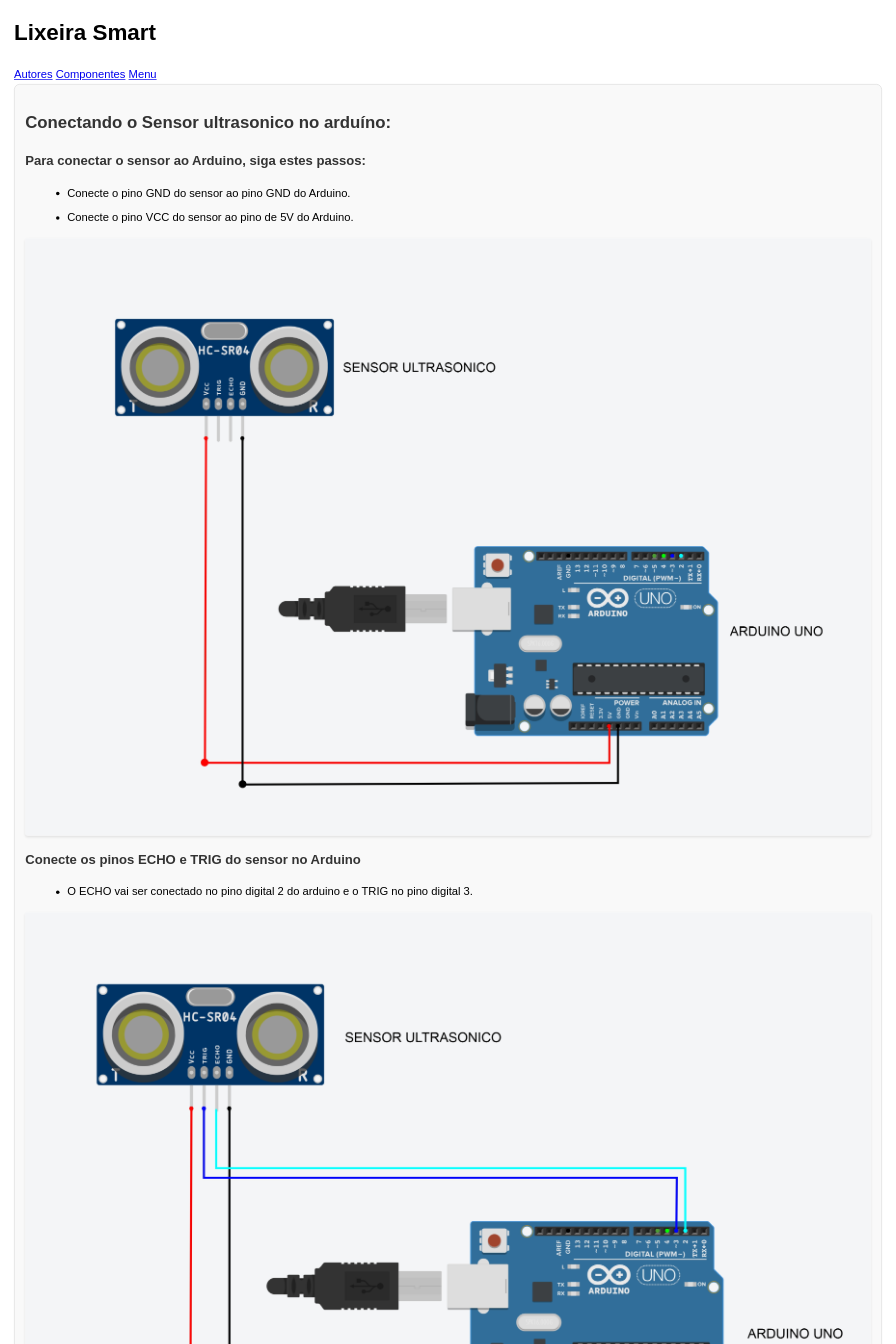
Repository: Eito2511/Site-tutorial-arduino
Page: tutorial.html
The author's editor kept a copy of each file at every save. The page is drawn from the files as they stood at one save, then again after a run of saves.
The browser window is 1280 px wide. The pictures show the part of the page from y = 0 to 1920 px (the page is 4347 px tall), at 70% of full size.

Above is the page before, as saved 2025-06-03 18:51:44.

### tutorial.html
<!DOCTYPE html>
<html lang="en">
  <head>
    <meta charset="UTF-8" />
    <meta name="viewport" content="width=device-width, initial-scale=1.0" />
    <link rel="stylesheet" href="styles1.css">
    <title>Tutorial</title>
  </head>
  <body>
   <header>
      <h1 class="titulo">Lixeira Smart</h1>
    </header>
    <section class="navindex">
        <a href="autores.html" class="btn">Autores</a>
        <a href="componentes.html" class="btn">Componentes</a>
        <a href="index.html" class="btn">Menu</a>
      </section>


    <div>
      <h2>Conectando o Sensor ultrasonico no arduíno:</h1>
      <h3>Para conectar o sensor ao Arduino, siga estes passos:</h2>
      <ul>
        <li>Conecte o pino GND do sensor ao pino GND do Arduino.</li>
        <li>Conecte o pino VCC do sensor ao pino de 5V do Arduino.</li>
      </ul>
      <img src="./imagens/part 1 tutorial.jpg" alt="">
      <h3>Conecte os pinos ECHO e TRIG do sensor no Arduino</h3>
      <ul>
        <li>O ECHO vai ser conectado no pino digital 2 do arduino e o TRIG no pino digital 3.</li>
      </ul>
      <img src="./imagens/part 2 tutorial.jpg" alt="">
    </div>

    <div>
      <h2>Conectando o Servo no Arduino:</h2>
      <ul>
        <li>
          Conecte o pino centrao do servo (vermelho no servo) com o jumper
 que sai do Vcc do sensor ultrasônico(os dois vão estar conectados
 ao 5v).
        </li>
        <li>
      Conecte o pino GND do servo (fio marrom no servo) com jumper que sai
 do GND do sensor ultrasônico (os dois vão estar conectados ao GND).
        </li>
      </ul>
      <img src="./imagens/part 3 tutorial.jpg" alt="">
    </div>

  <div>
    <h2>Conectando o Buzzer no Arduino:</h2>
    <ul>
        <li>
            Conecte o pino ‘+’ (tem a imagem do + no Buzzer) do Buzzer no pino digital 5.
        </li>
        <li>
            Conecte o pino que sobrou do Buzzer em outro pino GND do Arduino.
        </li>
    </ul>
    <img src="./imagens/part 4 tutorial.jpg" alt="">
  </div>
  </body>
</html>

### styles1.css
/* Basic styling for the containers, assuming you'll wrap these in a main content area */
body {
    font-family: Arial, sans-serif;
    margin: 20px;
    line-height: 1.6;
}

div {
    margin-bottom: 30px; /* Add some space between sections */
    padding: 15px;
    border: 1px solid #ddd;
    border-radius: 8px;
    background-color: #f9f9f9;
}

h2, h3 {
    color: #333;
}

ul {
    list-style-type: disc;
    margin-left: 20px;
}

li {
    margin-bottom: 10px;
}

/* --- Responsive Image Styling --- */
img {
    max-width: 100%; /* Ensures images don't exceed their parent's width */
    height: auto;    /* Maintains aspect ratio */
    display: block;  /* Removes extra space below the image */
    margin-top: 15px; /* Add some space above the image */
    border-radius: 4px; /* Optional: subtle rounded corners for images */
    box-shadow: 0 2px 4px rgba(0,0,0,0.1); /* Optional: subtle shadow */
}

/* --- Media Queries for smaller screens (optional, but good for fine-tuning) --- */
@media (max-width: 768px) {
    body {
        margin: 10px;
    }

    div {
        padding: 10px;
        margin-bottom: 20px;
    }
}

@media (max-width: 480px) {
    h2 {
        font-size: 1.5em;
    }
    h3 {
        font-size: 1.2em;
    }
    ul {
        margin-left: 15px;
    }
}

After the next 2 saves:
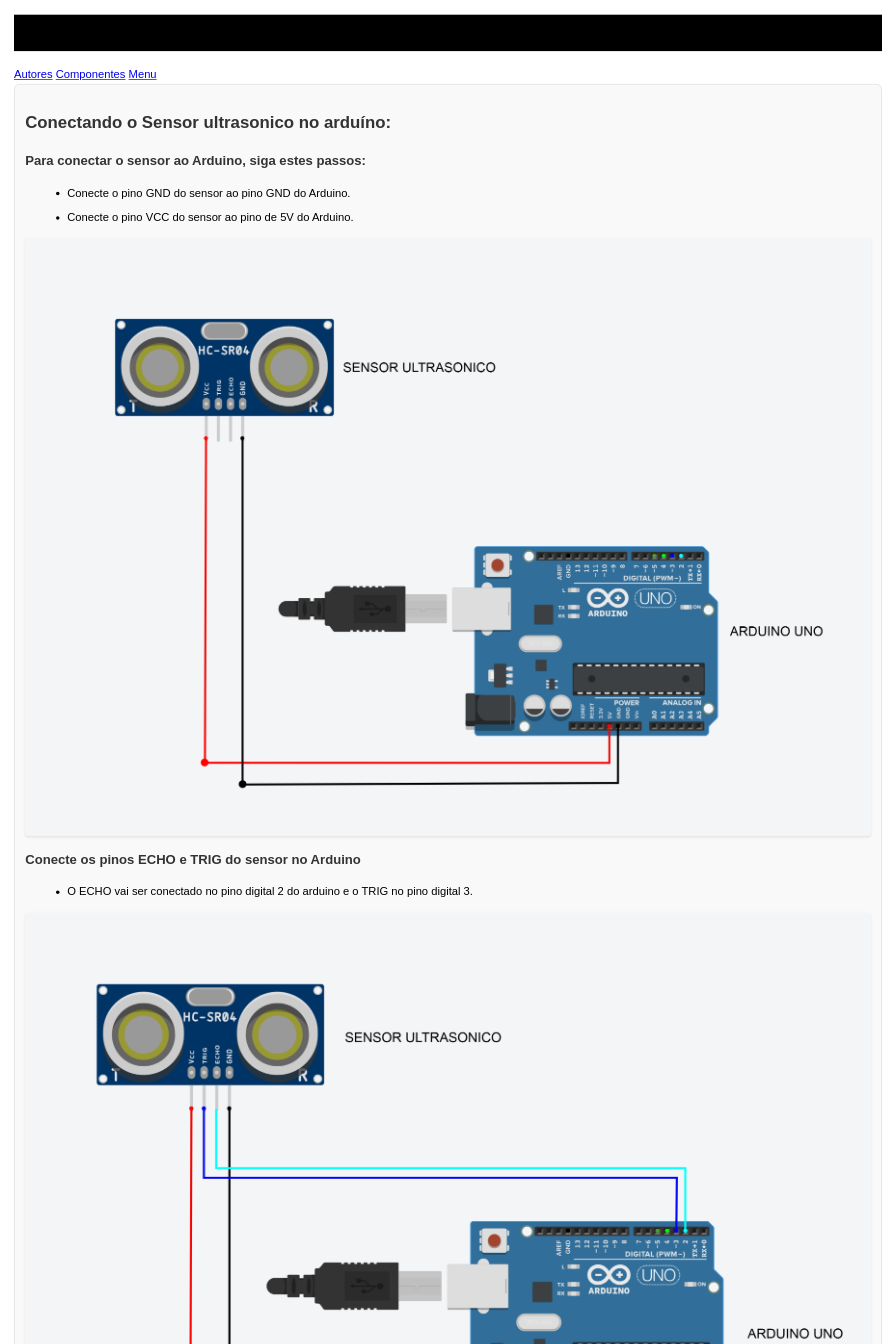
The 2 saves are shown as one change because they came seconds apart.
The last was saved 67 s later.
--- a/styles1.css
+++ b/styles1.css
@@ -1,3 +1,8 @@
+.titulo{
+    background-color: rgb(0, 0, 0);
+}
+
+
 /* Basic styling for the containers, assuming you'll wrap these in a main content area */
 body {
     font-family: Arial, sans-serif;
